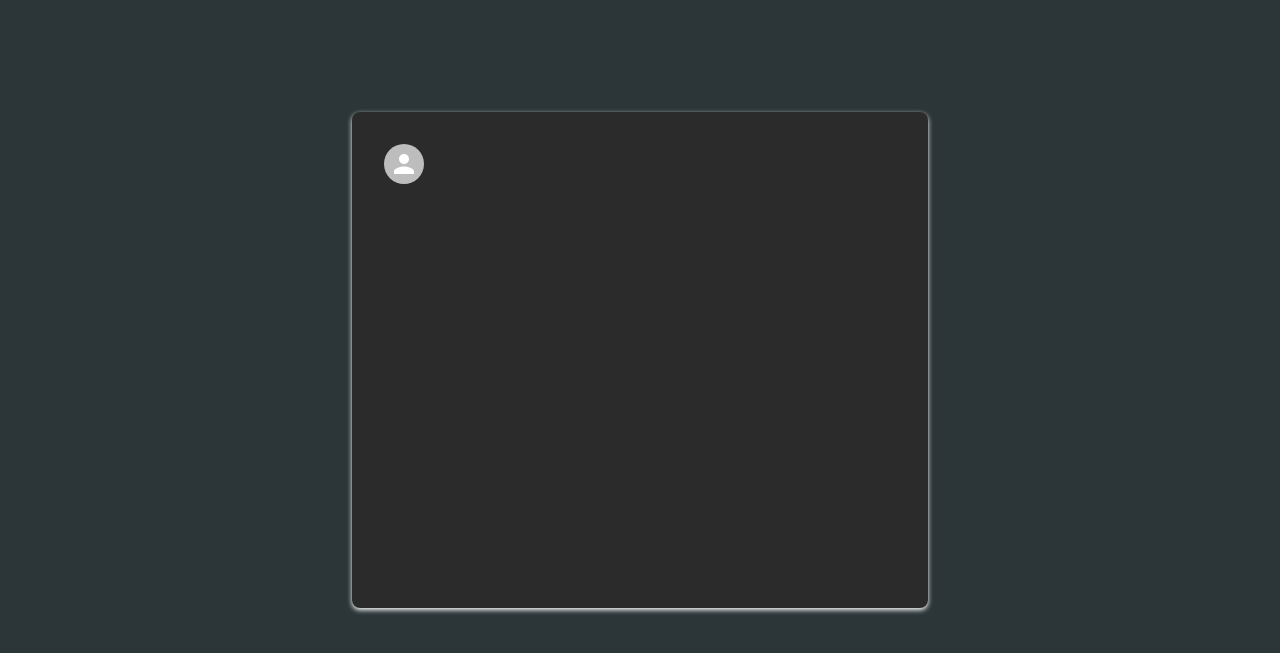
Repository: IzzaSuni/Izza-ToDo
Page: /publicNote/Private/profile
These files come from the project's save history. The page is drawn as it stood at one moment and after the next save; the edit follows.
The browser window is 1280 px wide. The pictures show the whole page.
The project was rebuilt for these pictures with package versions that can differ from the ones it lists, and the page was loaded fresh each time. Also part of the build but not shown: src/App.css, src/services.js, src/components/Input.js, src/components/List.js, src/components/Filter.js, src/components/ohayo.js, src/utils/Query.js, src/components/navbar.js and 5 more.

Above is the page before, as saved 2022-08-20 11:15:28.

After the next save:
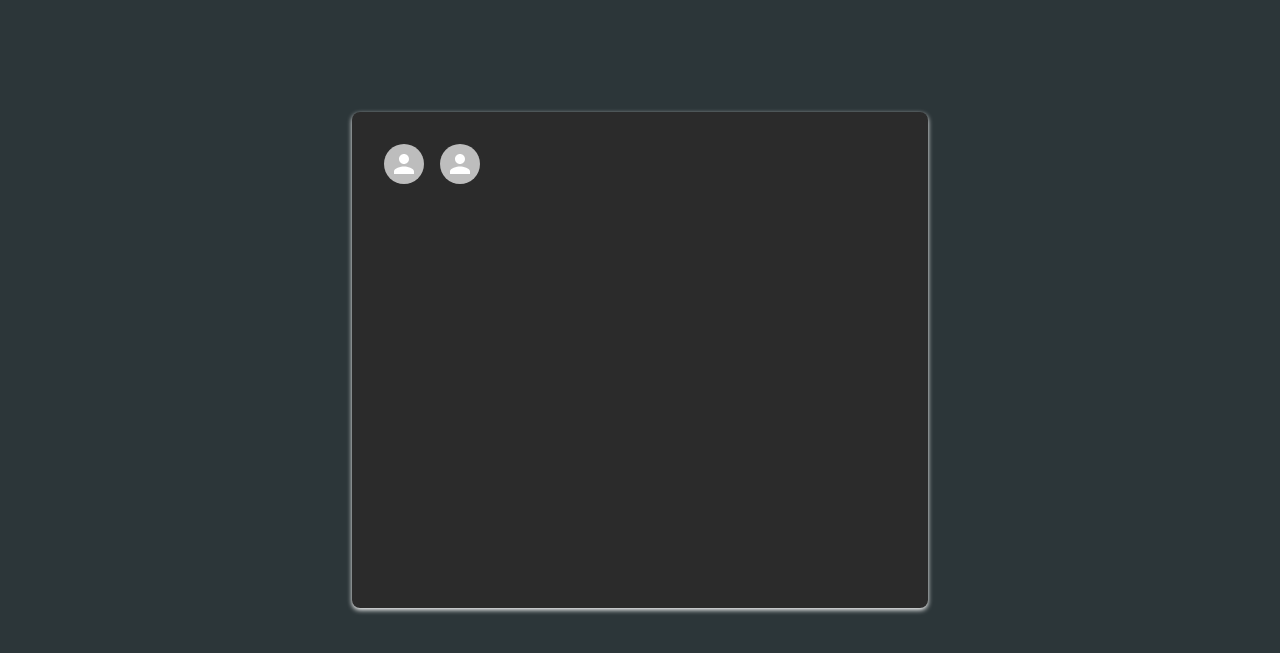
Saved 10 s later.
--- a/src/components/Profile.js
+++ b/src/components/Profile.js
@@ -32,6 +32,12 @@
               {user.user}
             </Typography>
           </Box>
+          <Box display="inline-flex">
+            <Avatar src={user.picture}></Avatar>
+            <Typography sx={{pl:2}} alignSelf={"center"} variant={"h5"}>
+              {user.user}
+            </Typography>
+          </Box>
         </Box>
       </Box>
     </>

After the save that followed:
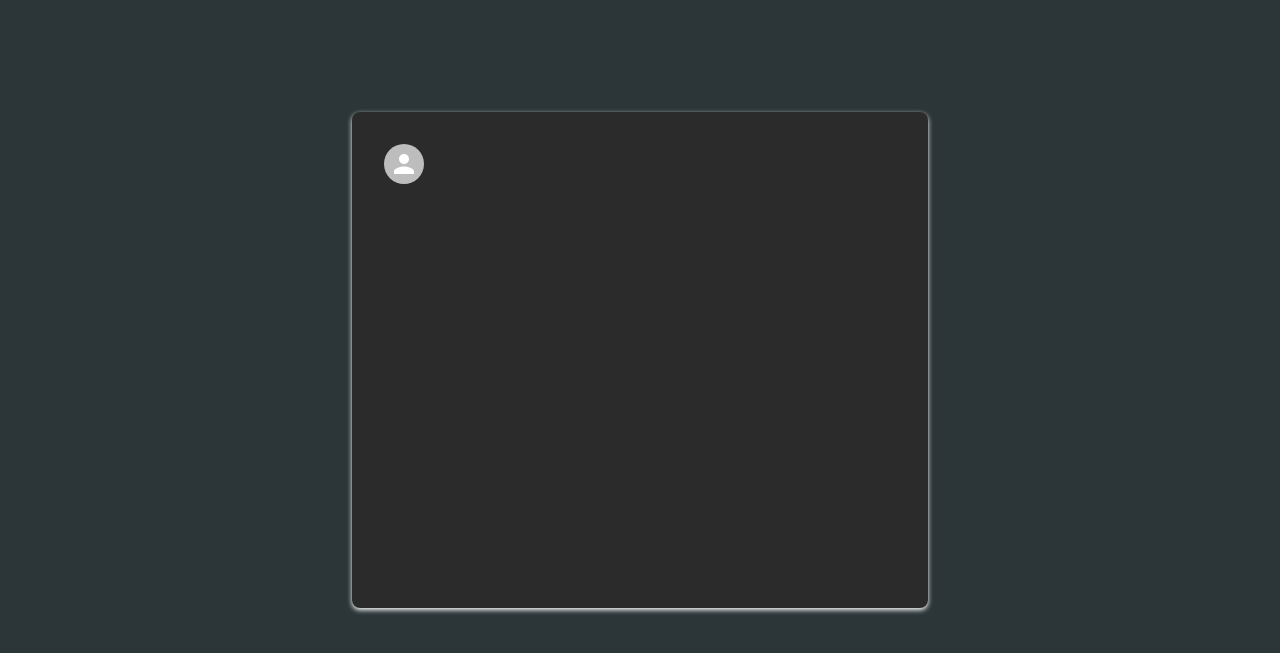
Saved 4 s later.
--- a/src/components/Profile.js
+++ b/src/components/Profile.js
@@ -33,10 +33,7 @@
             </Typography>
           </Box>
           <Box display="inline-flex">
-            <Avatar src={user.picture}></Avatar>
-            <Typography sx={{pl:2}} alignSelf={"center"} variant={"h5"}>
-              {user.user}
-            </Typography>
+
           </Box>
         </Box>
       </Box>
